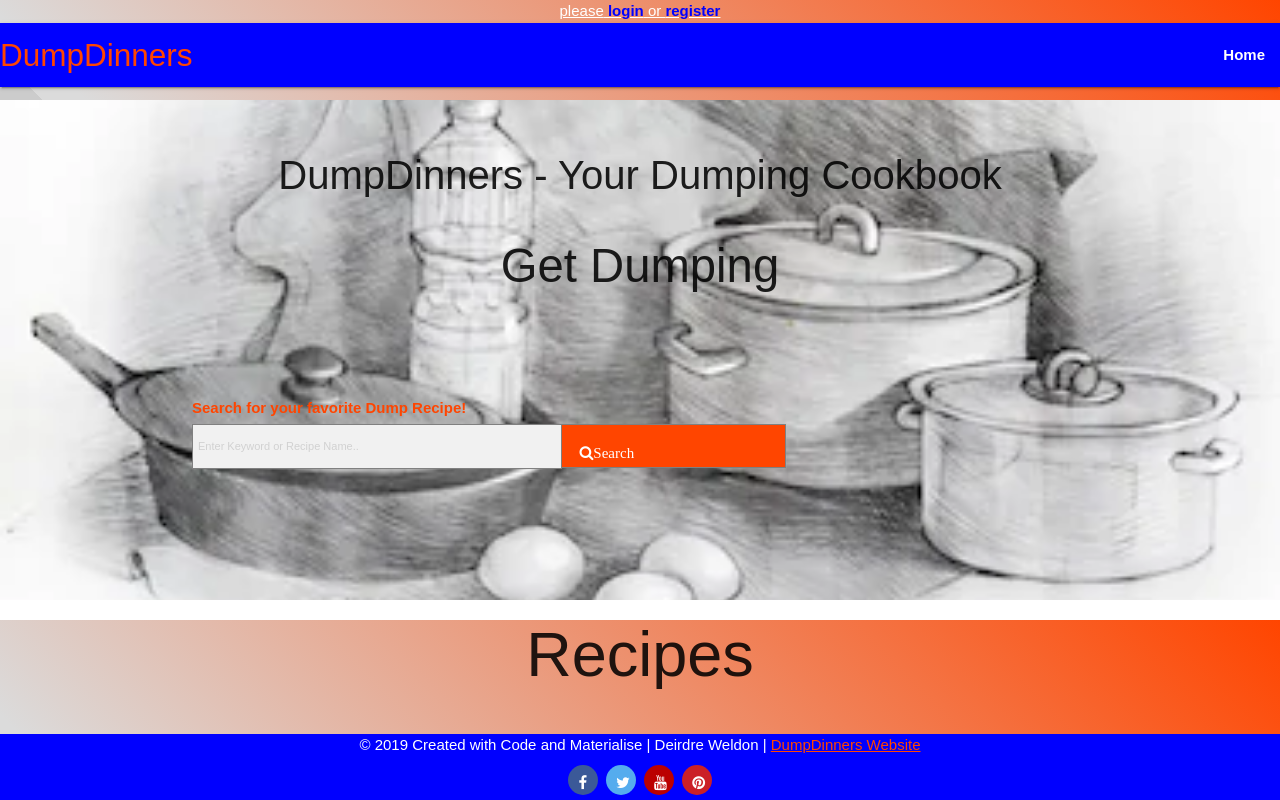
Repository: Deirdre18/dumpdinners-recipe-app
Page: http://localhost/
The author's editor kept a record of every edit. The page is drawn from the files as they stood at one moment, then again after the next edit.
The browser window is 1280 px wide. The pictures show the whole page.
Some web libraries are served in a nearby version. The page is served by the project's application, run on Flask 3 (app.py). Queries for data that is not in the repository find no rows.

Above is the page before.

### templates/allrecipes1.html
{% extends "base.html" %} {% block content %}

<h1 class="title">Recipes</h1>
{#{{referred to https://github.com/pierceoneill/code-institute-milestone-project-04/blob/master/templates/recipes.html for recipe-cards code.}}#}



<div id="recipe-cards" class="row">
    {% for recipe in recipes %}
    <div class="col s12 m4 l3 recipe-card" data-date="{{recipe.date_added}}">
        <div class="card-heading" style="text-align:center">

            <div class="card-title">
                <h6><span id="recipe_name" name="recipe_name"><i><strong>{{recipe.recipe_name}} </i></strong></span></h6>

            </div>
        </div><br><br>

        <p><strong>Views:{{ recipe.views }} Likes: {{recipe.likes}}</strong> </p>


        <div class="card-image">
            <img src="{{recipe.image}}" width="200" height="200" style="margin-top" : 40%;>
        </div>


        <div class="card-body">

            <p id="short_description"></p> <strong><em>{{recipe.short_description}}</strong></em>
            </p>
        </div>

        <div class="card-footer">


            <div class="card-action">
                <a href="/recipe/{{ recipe._id }}"> <button class="btn waves-effect waves-light" type="submit" style="background-color:orangered" name="action">See More
                <i class="material-icons right">view_list</i>
             </button></a>

            </div>
        </div>




        <!-- more display -->
    </div>
    {% endfor %} {% endblock %}

### templates/base.html
<!DOCTYPE html>
<html>

<head>
    <!--referred to this link for downloading bootstrap, as well as previous CI tutorials - https://forums.fedoraforum.org/showthread.php?314148-How-to-download-bootstrap-->

    <meta charset="UTF-8">
    <meta name="viewport" content="width=device-width, user-scalable=no, initial-scale=1.0, maximum-scale=1.0, minimum-scale=1.0">
    <meta http-equiv="X-UA-Compatible" content="ie=edge">
    <title>{{ title }} - DumpDinners</title>
    <link href="https://fonts.googleapis.com/icon?family=Material+Icons" rel="stylesheet">
    <link rel="stylesheet" href="https://cdnjs.cloudflare.com/ajax/libs/materialize/0.100.2/css/materialize.min.css">
    <link rel="stylesheet" href="{{url_for('static', filename='styles.css')}}" type="text/css" />
    <link rel="icon" type="image/ico" href="/static/images/favicon.ico" />
    <link rel="stylesheet" href="https://cdnjs.cloudflare.com/ajax/libs/font-awesome/4.7.0/css/font-awesome.min.css">

    <style>
        body {
            font-family: Arial;
        }

        * {
            box-sizing: border-box;
        }

        form.example input[type=text] {
            padding: 5px;
            font-size: 11px;
            border: 1px solid grey;
            float: left;
            width: 4%;
            height: 1%;
            background: #f1f1f1;
        }

        form.example button {
            float: left;
            width: 2%;
            height: 2%;
            padding: 5px;
            background: #2196F3;
            color: white;
            font-size: 11px;
            border: 1px solid grey;
            border-left: none;
            cursor: pointer;
        }

        form.example button:hover {
            background: #0b7dda;
        }

        form.example::after {
            content: "";
            clear: both;
            display: table;
        }
    </style>



</head>

<body>

    <style scoped>
        .pattern {
            min-height: 100px;
        }

        #stripes4 {

            background-image: repeating-linear-gradient(45deg, #ccc, #ccc 30px, #dbdbdb 30px, #dbdbdb 60px, orangered);

        }
    </style>

    <!--to give background gradient color, referred to https://www.quackit.com/css/codes/patterns/css_background_stripes.cfm-->

    <div id="stripes4" class="pattern">


        <!--referred to code from Spence Barribal's github project for username in session below (Student at Code Institute).-->

        {% if 'username' in session %}
        <div class="text-light font-italic bg-dark pt-2 pr-4" style="text-align:center; color:blue"><strong>welcome back, {{ session['username'] }}</strong>
        </div>

        <!--Referred to stack overflow article on centering anchors.-->

        <div class="display:block; text-align: center">
            <a href="{{ url_for('add_recipe') }}" <button class="btn-floating btn-small waves-effect waves-light red" style=" font-size:11px; color: blue; width:60px; height:50px;text-transform:uppercase"><strong><uppercase>+ Recipe</uppercase></strong></button><i class="material-icons"></i></a>
        </div>


        <div class="display:block; text-align: center">
            <a href="{{ url_for( 'logout') }}text-align:center" style="text-decoration:underline; color:blue; text-align:center,color:blue"><strong>Logout</strong></a>

            <a href="{{ url_for( 'allrecipes') }}text-align:center" style="text-decoration:underline;color:blue; text-align:center"><strong>Home</strong></a>

        </div>

        {% else %}

        <div class="login" style="text-align:center;text-decoration:underline; color:white">please<a href="{{ url_for('login') }}" style="color:blue"><strong> login</a></strong> or <a href="{{ url_for('register') }}" style="color:blue"><strong> register</strong></a>
        </div>
        {% endif %}

        <nav>
            <div class="nav-wrapper">
                <a class="brand-logo" style="color:orangered">DumpDinners</a>
                <a href="#" data-activates="mobile-demo" class="button-collapse"><i class="material-icons">menu</i></a>
                <ul id="nav-mobile" class="right hide-on-med-and-down">

                    {% if 'username' not in session %}

                    <li class="nav-item">
                        <a href="{{ url_for('index') }}" style="color:white"><strong>Home</a></strong>
                    </li>


                    {% endif %}

                </ul>
            </div>

        </nav>
        <!--referred to https://www.w3schools.com/howto/howto_css_search_button.asp-->

        {% if 'username' in session %}
        <ul class="sidenav" id="mobile-demo">
            <li class="nav-item">
                <a href="{{ url_for('allrecipes') }}" style="color:orangered;text-decoration:underline"><strong>Home</strong></a>
            </li>
            {% endif %}


        </ul>
    </div>

    <div id="index-banner" class="parallax-container">
        <div class="section no-pad-bot">
            <div class="container">

                <div class="parallax">
                    <img src="{{ url_for('static', filename='uploads/' + 'still-life.jpg') }}">
                </div>

                <h2 class="header center" class="header"><small>DumpDinners - Your Dumping Cookbook</small></h2>

                <h1 class="header center" class="header"><small>Get Dumping</small></h1>
                <br><br><br>


                <!--/*referred to https://www.w3schools.com/howto/howto_css_search_button.asp*/-->

                <div class="search-container">

                    <h6 class="lead-search" style="color:orangered; text-align:left"><strong>Search for your favorite Dump Recipe!</strong></h6>
                    <form class="example" action="{{ url_for('search') }}">
                        <input type="text" placeholder="Enter Keyword or Recipe Name.." required name="query" style="margin-top:1px; width:40%; height:3em !important; color:black">
                        <div id="search">
                            <button type="submit" style="margin-top:1px; width:25%; height:4em !important; background-color:orangered"><i class="fa fa-search" style="font-size:15px;float:left">Search</i></button>
                        </div>
                    </form>
                </div>


            </div>
        </div>
        <!--Referred to this link for adding photos dynamically. https://stackoverflow.com/questions/40877272/jinja2-not-displaying-the-images-->


    </div>

    <div id="stripes4" class="pattern">
        {% block content %}{% endblock %}
    </div>

    <script src="https://ajax.googleapis.com/ajax/libs/jquery/3.4.1/jquery.min.js"></script>


    <script src="https://cdnjs.cloudflare.com/ajax/libs/jquery/3.2.1/jquery.min.js"></script>

    <script src="https://cdnjs.cloudflare.com/ajax/libs/materialize/0.100.2/js/materialize.min.js"></script>



    <script type="text/javascript">
        $(document).ready(function() {
            $(".button-collapse").sideNav();
        });
    </script>

    <script type="text/javascript">
        $('.datepicker').pickadate({
            selectMonths: true, // Creates a dropdown to control month
            selectYears: 15, // Creates a dropdown of 15 years to control year,
            today: 'Today',
            clear: 'Clear',
            close: 'Ok',
            closeOnSelect: false // Close upon selecting a date,
        });
    </script>


    <script>
        $(document).ready(function() {
            $('.parallax').parallax();
        });
    </script>

    <!-- jquery to activate buttons -->

    <script type="text/javascript">
        $(document).ready(function() {
            $('.collapsible').collapsible();
            $('select').material_select();
        });
    </script>



    <!--to create footer referred to https://www.w3schools.com/howto/tryit.asp?filename=tryhow_css_fixed_footer. For flexible footer referred to https://materializecss.com/footer.html-->
    <!--decided to make footer fixed rather than flexible-->





    <style>
        .footer {
            margin-top: 1px;
            display: fixed;
            min-height: 3vh;
            flex-direction: column;
            text-align: center;
            background-color: blue;
            color: white;
        }

        main {
            flex: 1 0 auto;
        }

        .container {
            margin-top: 15px;
            margin-bottom: 3px;
        }
    </style>



    <style>
        .fa {
            padding: 10px;
            font-size: 15px;
            width: 30px;
            text-decoration: none;
            margin: 5px 2px;
            border-radius: 50%;
            height: 30px;
        }

        .fa:hover {
            opacity: 0.7;

        }

        .fa-facebook {
            background: #3B5998;
            color: white;
            text-align: center;
        }

        .fa-twitter {
            background: #55ACEE;
            color: white;
            text-align: center;
        }


        .fa-youtube {
            background: #bb0000;
            color: white;
            text-align: center;
        }

        .fa-pinterest {
            background: #cb2027;
            color: white;
            text-align: center;
        }


        strong {
            font-weight: bold;
        }
    </style>



    <div class="footer">

        <div class="container">
            <!--created blank spaces, referred to https://www.computerhope.com/jargon/n/nbsp.htm-->
            © 2019 Created with Code and Materialise&nbsp| Deirdre Weldon |&nbsp<a href="https://dumpdinners-recipe-app.herokuapp.com/" style="color:orangered; text-decoration: underline">DumpDinners Website
        </div>

        <!--for social media icons and styles referred to https://www.w3schools.com/howto/howto_css_social_media_buttons.asp    -->



        <!-- Add font awesome icons -->
        <a href="https://www.facebook.com/" class="fa fa-facebook"></a>
        <a href="https://www.twitter.com/" class="fa fa-twitter"></a>
        <a href="https://www.youtube.com/" class="fa fa-youtube"></a>
        <a href="https://www.pinterest.com/" class="fa fa-pinterest"></a>


        </footer>
</body>

</html>

### app.py
import os
import re
from flask import Flask, render_template, redirect, request, url_for, session, flash
import json
from functools import update_wrapper
from flask_pymongo import PyMongo
import pymongo
from pymongo import MongoClient
from bson.objectid import ObjectId


from werkzeug.security import generate_password_hash, check_password_hash


app = Flask(__name__)

app.secret_key = "randomstring123"



if app.config['DEBUG'] == True:
    from config import dbconfig
    app.config["MONGO_DBNAME"] = 'dumpdinners'
    app.config["MONGO_URI"] = dbconfig()
else:
    app.config['MONGO_URI'] = os.environ.get("MONGO_URI")
    app.config['MONGO_DBNAME'] = os.environ.get("MONGO_DBNAME")

mongo = PyMongo(app)


@app.route('/')
@app.route('/index')
def index():
    """Home page the gets 4 recipes from DB that have been viewed the most"""
    four_recipes = mongo.db.recipes.find().limit(4)
    return render_template('allrecipes1.html', recipes=four_recipes)

@app.route('/allrecipes')
def allrecipes():
    recipes = mongo.db.recipes.find()
    return render_template('allrecipes.html', recipes=recipes)

@app.route('/allrecipes1')
def allrecipes1():
    recipes = mongo.db.recipes.find()
    four_recipes = mongo.db.recipes.find().limit(4)
    return render_template('allrecipes1.html', recipes=four_recipes)

@app.route('/add_recipe')
def add_recipe():
    recipes = mongo.db.recipes.find()
    return render_template('addrecipe.html',
        recipes=mongo.db.categories.find())


@app.route('/insert_recipe', methods=['POST'])
def insert_recipe():
    recipes = mongo.db.recipes
    recipes.insert_one(request.form.to_dict())
    flash ("Thank you for adding a recipe!")
    return redirect(url_for('recipe', recipe_id=recipe_.id))



@app.route('/edit_recipe/<recipe_id>', methods=['GET', 'POST'])
def edit_recipe(recipe_id):
    """Allows logged in user to edit their own recipes"""
    recipe_db = mongo.db.recipes.find_one_or_404({'_id': ObjectId(recipe_id)})
    all_categories =  mongo.db.categories.find()
    if request.method == 'GET':

        return render_template('editrecipe.html', recipe=recipe_db, categories=all_categories)


# referred to this article for advice on 'views' - https://stackoverflow.com/questions/5782311/mongodb-inc-embedded-value-syntax

@app.route('/update_recipe/<recipe_id>', methods=["POST"])
def update_recipe(recipe_id):
    recipes = mongo.db.recipes
    recipes.update( {'_id': ObjectId(recipe_id)},
    {
        '$set': {

        'recipe_name':request.form.get('recipe_name'),
        'ingredients':request.form.get('ingredients'),
        'image': request.form.get('image'),
        'category_name': request.form.get('category_name'),
        'username': request.form.get('username'),
        'methods': request.form.get('methods'),
        'short_description': request.form.get('short_description'),
        'date_added': request.form.get('date_added'),
        'is_vegetarian': request.form.get('is_vegetarian'),
        'views':1,
        'likes':1
        }
    })
    return redirect(url_for('allrecipes'))




@app.route('/delete_recipe/<recipe_id>')
def delete_recipe(recipe_id):
    mongo.db.recipes.remove({'_id': ObjectId(recipe_id)})
    return redirect(url_for('allrecipes'))

@app.route('/search')
def search():
    """Provides logic for search bar"""
    orig_query = request.args['query']
    # using regular expression setting option for any case
    query = {'$regex': re.compile('.*{}.*'.format(orig_query)), '$options': 'i'}
    # find instances of the entered word in title, tags or ingredients
    results = mongo.db.recipes.find({
        '$or': [
            {'recipe_name': query},
            {'ingredients': query},
            {'recipe_name': query}
        ]
    })
    return render_template('search.html', query=orig_query, results=results)


@app.route('/recipe/<recipe_id>')
def recipe(recipe_id):

    """Shows full recipe and increments view"""
    mongo.db.recipes.find_one_and_update(
        {'_id': ObjectId(recipe_id)},
        { '$inc': { 'views': 1}}



    )
    recipe_db = mongo.db.recipes.find_one_or_404({'_id': ObjectId(recipe_id)})
    return render_template('recipe.html', recipe=recipe_db)


@app.route('/likes/<recipe_id>')
def likes(recipe_id):

    """Shows full recipe and increments view"""
    mongo.db.recipes.find_one_and_update(
        {'_id': ObjectId(recipe_id)},
        { '$inc': { 'likes': 1}}



    )
    recipe_db = mongo.db.recipes.find_one_or_404({'_id': ObjectId(recipe_id)})
    return redirect(url_for('allrecipes1'))




#Copied routing for login from Deborah Thompson, student at Code Institute for login routing - #https://github.com/debbiect246/recipe-app#


@app.route('/login', methods=["GET","POST"])
def login():
    if request.method == 'POST':
        login_user = mongo.db.register.find_one({'username': request.form['username']})
        form = request.form
        if login_user:
            if(form["password"] == login_user["password"]): # if password correct
                session['username'] = login_user["username"]
                return redirect(url_for('allrecipes',register_id = login_user["_id"]))
            else: # and if password is not correct
               flash("Incorrect password, please try again or register")
        else:# if user does not exist
            flash("User does not exist")
            return redirect(url_for('register'))
    return render_template('login.html')


#Copied routing for register from Deborah Thompson, student at Code Institute for login routing - #https://github.com/debbiect246/recipe-app#

@app.route('/register', methods=['POST','GET'])
def register():
    if request.method == 'POST':
        register = mongo.db.register
        register_id = register.insert_one(request.form.to_dict())
        # print(register)
        object_id = register_id.inserted_id
        flash("Thank you for registering, please login to view more recipes and add your own!")
        return redirect(url_for('login'))
    return render_template('register.html')




#Copied routing for allrecipeslist from Deborah Thompson, student at Code Institute for login routing - #https://github.com/debbiect246/recipe-app#


@app.route('/logout')
def logout():
    """Clears session and redirects to home"""

    session.clear()
    flash ("Thank you, hope to see you again soon!")
    return redirect(url_for('login'))




if __name__ == '__main__':
    app.run(host=os.environ.get('IP'),
        port=int(os.environ.get('PORT')))

### static/styles.css
.card-body {
    width: 75%;
    margin-left: 0;
    left: auto;
    right: auto;
    white-space: pre-wrap;
}

#search [type="search"] [name="query"]
{
     height: 30px;
     width: 50px;
}


h3 {margin-top: 10%}

.main { margin-top: 20px;}

.card-image {width:25%;}

h5 .lead-search {margin-bottom: 0}

p .heading {margin-top: 30%;}


.card-image {white-space: pre-wrap;
            margin-bottom: -80px;
}


h1 {text-align: center;
    margin-top: 20px;

}

p {margin-top: 20%;}



.nav-wrapper {background-color: blue;}

#Add {color: indigo;
}

#View {color: indigo;
}

.brand-logo{text-align:left;}

.btn_small {
    height: 24px;
    width: 60px;
    line-height: 24px;
    margin: 5px 5px;
    padding: 0 0.5em;
}

After the next edit:
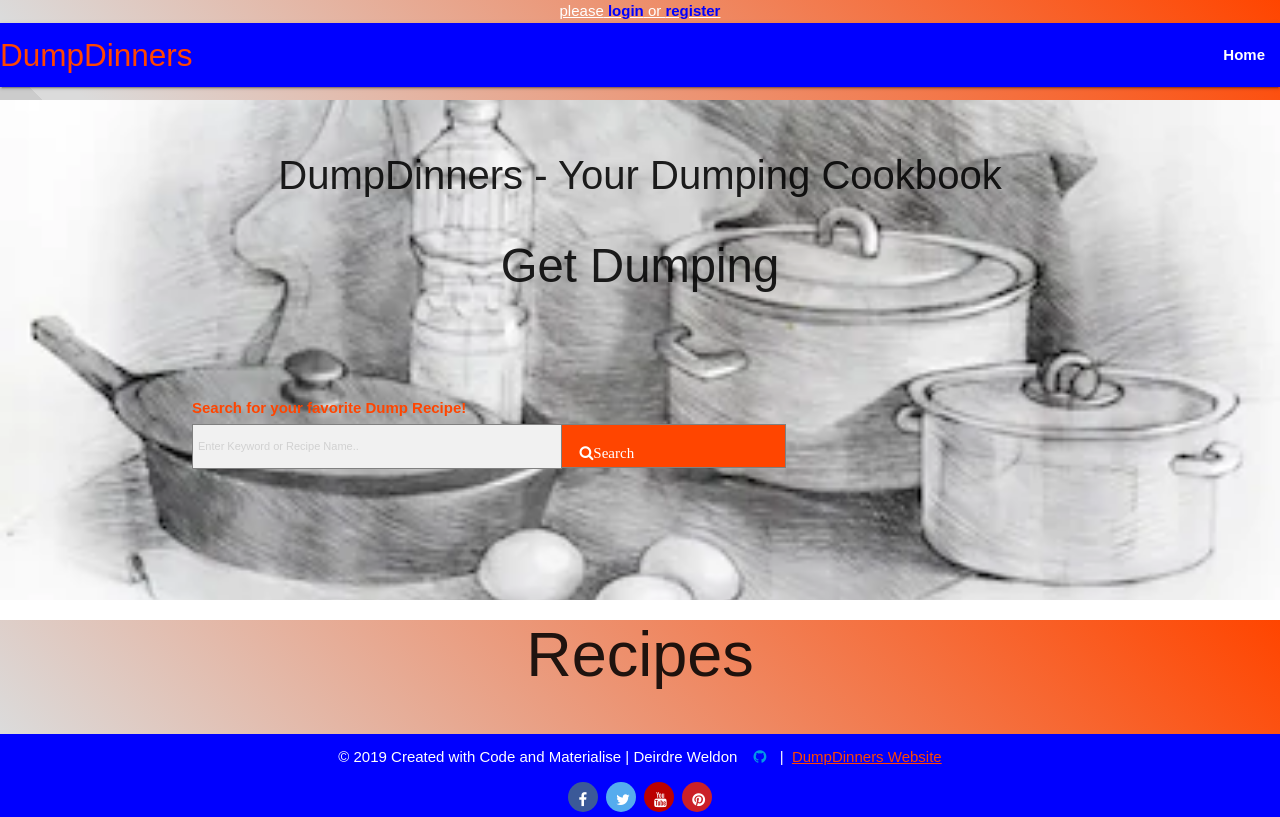
The edit:
--- a/templates/base.html
+++ b/templates/base.html
@@ -304,7 +304,8 @@
 
         <div class="container">
             <!--created blank spaces, referred to https://www.computerhope.com/jargon/n/nbsp.htm-->
-            © 2019 Created with Code and Materialise&nbsp| Deirdre Weldon |&nbsp<a href="https://dumpdinners-recipe-app.herokuapp.com/" style="color:orangered; text-decoration: underline">DumpDinners Website
+            © 2019 Created with Code and Materialise&nbsp| Deirdre Weldon <a href="https://github.com/Deirdre18" class="fa fa-github"></a> |&nbsp
+            <a href="https://dumpdinners-recipe-app.herokuapp.com/" style="color:orangered; text-decoration: underline">DumpDinners Website
         </div>
 
         <!--for social media icons and styles referred to https://www.w3schools.com/howto/howto_css_social_media_buttons.asp    -->
@@ -313,12 +314,12 @@
 
         <!-- Add font awesome icons -->
         <a href="https://www.facebook.com/" class="fa fa-facebook"></a>
-        <a href="https://www.twitter.com/" class="fa fa-twitter"></a>
-        <a href="https://www.youtube.com/" class="fa fa-youtube"></a>
-        <a href="https://www.pinterest.com/" class="fa fa-pinterest"></a>
-
-
-        </footer>
+            <a href="https://www.twitter.com/" class="fa fa-twitter"></a>
+            <a href="https://www.youtube.com/" class="fa fa-youtube"></a>
+            <a href="https://www.pinterest.com/" class="fa fa-pinterest"></a>
+
+
+            </footer>
 </body>
 
 </html>
